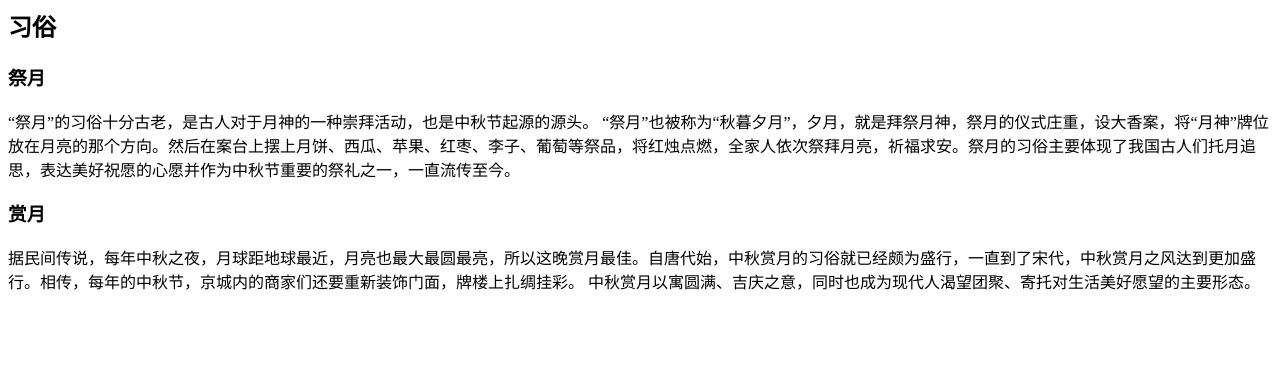
Repository: XueJie1/computer-operation-basics
Page: pages/midautumn/customs.html
The author's editor kept a copy of each file at every save. The page is drawn from the files as they stood at one save, then again after the next save.
The browser window is 1280 px wide. The pictures show the whole page.

Above is the page before, as saved 2023-09-04 22:27:18.

After the next save:
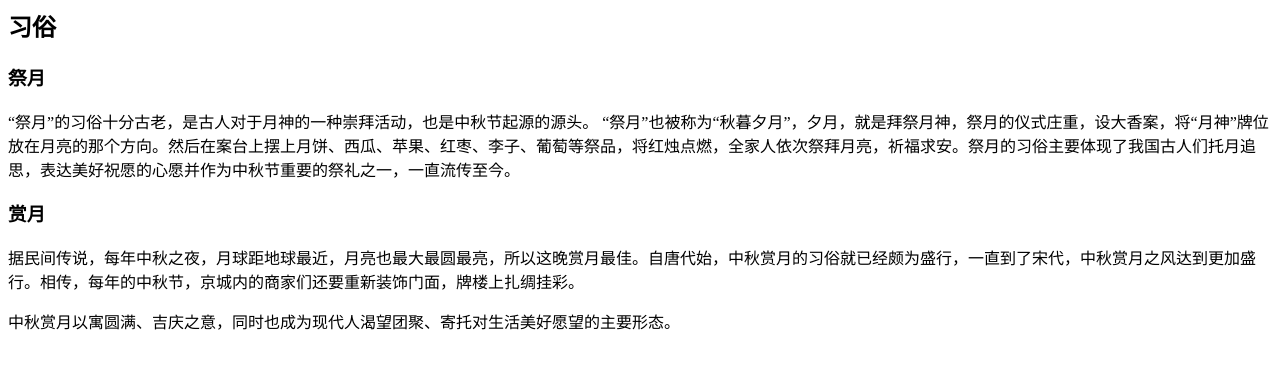
Saved 72 s later.
--- a/pages/midautumn/customs.html
+++ b/pages/midautumn/customs.html
@@ -6,4 +6,5 @@
 <h3>赏月</h3>
 <p>据民间传说，每年中秋之夜，月球距地球最近，月亮也最大最圆最亮，所以这晚赏月最佳。自唐代始，中秋赏月的习俗就已经颇为盛行，一直到了宋代，中秋赏月之风达到更加盛行。相传，每年的中秋节，京城内的商家们还要重新装饰门面，牌楼上扎绸挂彩。
 
-    中秋赏月以寓圆满、吉庆之意，同时也成为现代人渴望团聚、寄托对生活美好愿望的主要形态。</p>
+</p>
+<p> 中秋赏月以寓圆满、吉庆之意，同时也成为现代人渴望团聚、寄托对生活美好愿望的主要形态。</p>
